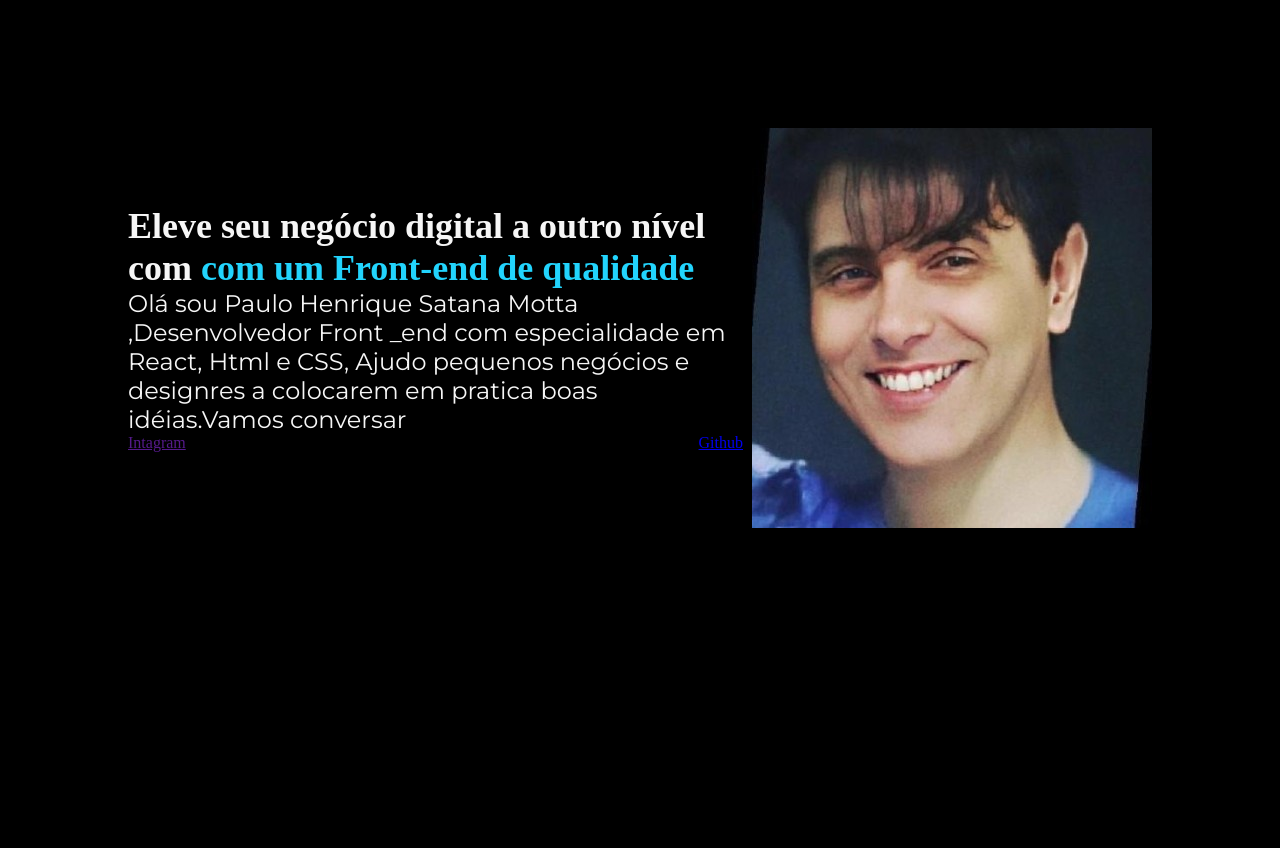
Repository: phsmottanerd/projeto-portfolio-alura
Page: index.html
An editor plug-in stored every save of this project. The page is shown before and after the next save, followed by the edit.
The browser window is 1280 px wide. The pictures show the whole page.
Some web fonts or font styles are not loaded; a fallback is used.

Above is the page before, as saved 2025-01-24 01:12:43.

After the next save:
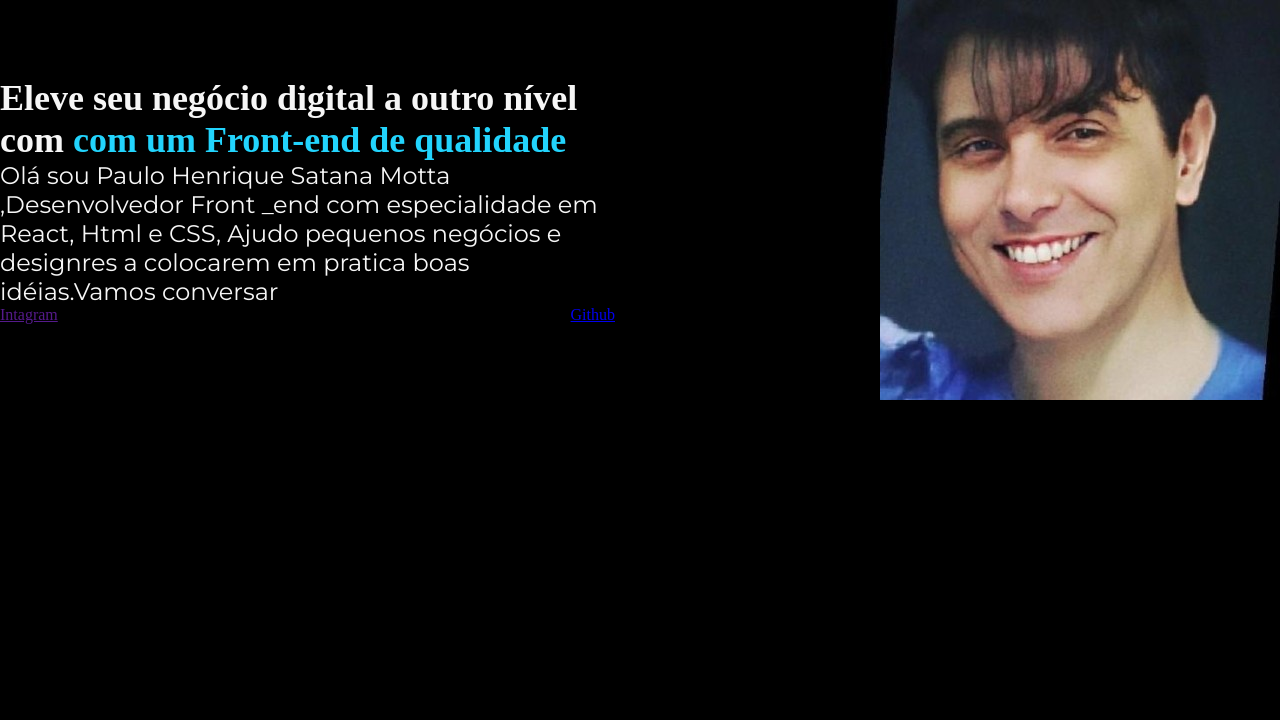
Saved 5 min 44 s later.
--- a/style.css
+++ b/style.css
@@ -14,7 +14,7 @@
   color: #22d4fd;
 }
 .apresentacao {
-  margin: 10%;
+  margin: 10 15%;
   display: flex;
   align-items: center;
   justify-content: space-between;

After the save that followed:
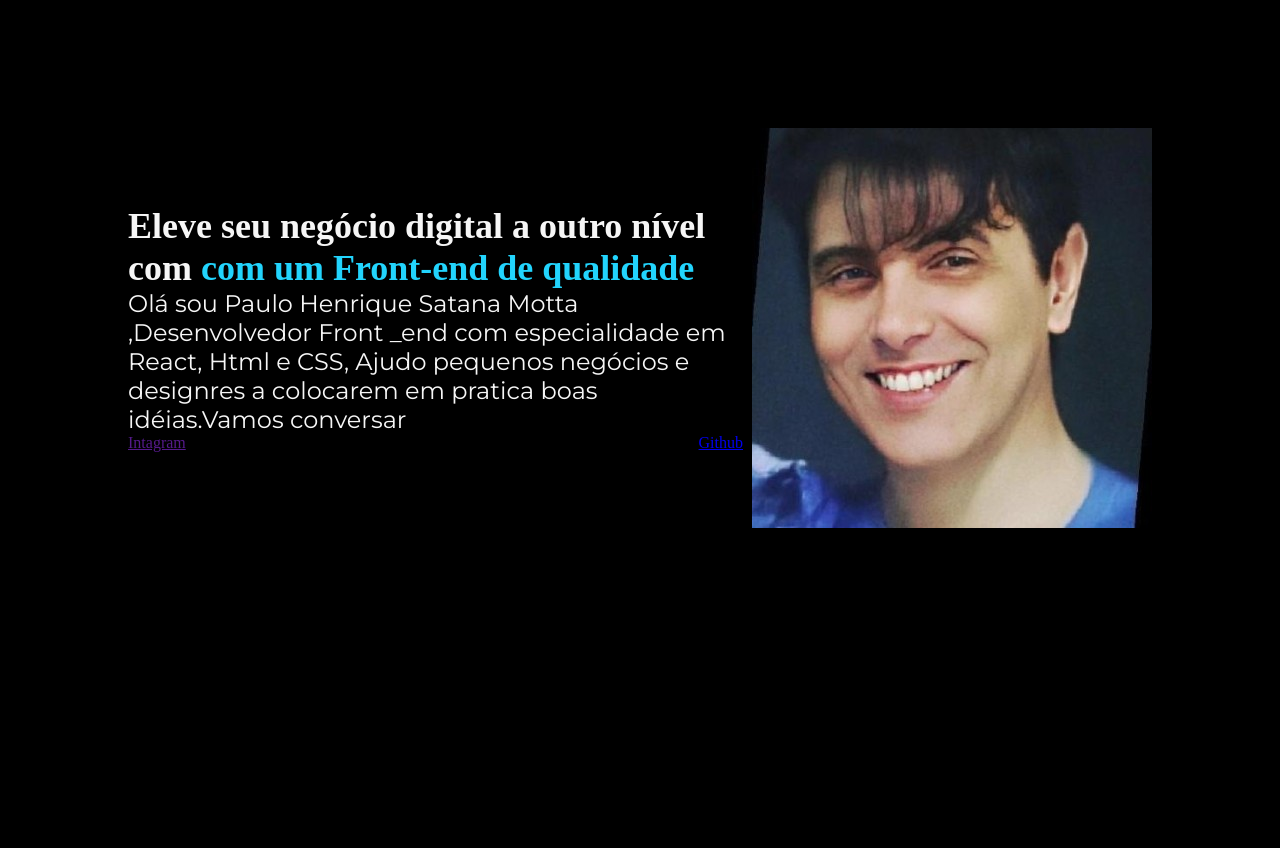
Saved 63 s later.
--- a/style.css
+++ b/style.css
@@ -14,7 +14,7 @@
   color: #22d4fd;
 }
 .apresentacao {
-  margin: 10 15%;
+  margin: 10%;
   display: flex;
   align-items: center;
   justify-content: space-between;
